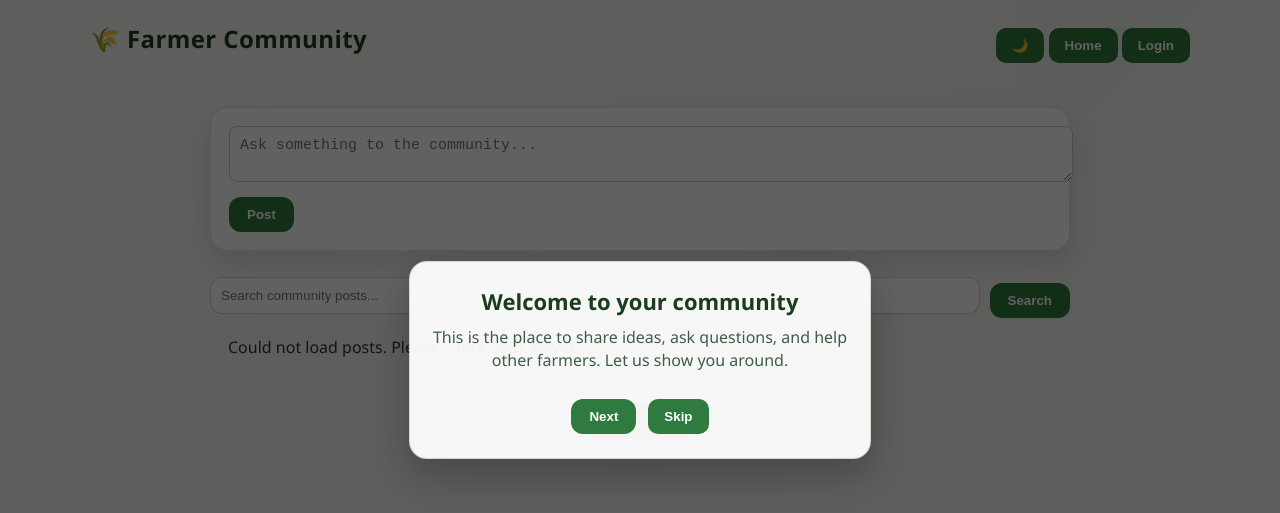
Repository: Desterhub/Agrogyanchatgpt
Page: agrogyan-gpt-main/frontend/community.html
The author's editor kept a copy of each file at every save. The page is drawn from the files as they stood at one save, then again after the next save.
The browser window is 1280 px wide. The pictures show the whole page.
The page's requests for data from a server got no answer.

Above is the page before, as saved 2026-03-12 12:24:53.

### agrogyan-gpt-main/frontend/community.html
<!DOCTYPE html>
<html lang="en">
<head>
    <meta charset="UTF-8">
    <title>Farmer Community</title>
    <link rel="stylesheet" href="style.css">
    <style>
        /* Community page tweaks (extends base styles in style.css) */
        .community-container {
            max-width: 860px;
            margin: 26px auto 64px;
            padding: 0 16px;
        }

        .post-box {
            transition: transform 0.2s ease, box-shadow 0.2s ease;
        }

        .post-box:hover {
            transform: translateY(-2px);
            box-shadow: 0 10px 28px rgba(0, 0, 0, 0.14);
        }

        .post-card {
            background: rgba(255, 255, 255, 0.95);
            padding: 18px;
            border-radius: 18px;
            margin-bottom: 18px;
            box-shadow: 0 10px 26px rgba(0, 0, 0, 0.1);
            border: 1px solid rgba(47, 122, 62, 0.12);
            transition: transform 0.2s ease, box-shadow 0.2s ease, opacity 0.2s ease;
            opacity: 0;
            animation: fadeInUp 0.34s forwards;
        }

        .post-card:hover {
            transform: translateY(-3px);
            box-shadow: 0 14px 34px rgba(0, 0, 0, 0.15);
        }

        .post-header {
            display: flex;
            justify-content: space-between;
            align-items: flex-start;
            gap: 14px;
        }

        .post-meta {
            font-size: 13px;
            color: #536e55;
            white-space: nowrap;
        }

        .post-actions {
            display: flex;
            gap: 10px;
            flex-wrap: wrap;
            margin-top: 16px;
        }

        .post-actions button {
            background: rgba(47, 122, 62, 0.1);
            border: 1px solid rgba(47, 122, 62, 0.25);
            color: #2f7a3e;
            padding: 8px 14px;
            border-radius: 12px;
            cursor: pointer;
            transition: background 0.2s ease, transform 0.2s ease;
        }

        .post-actions button:hover {
            background: rgba(47, 122, 62, 0.18);
            transform: translateY(-1px);
        }

        .comment {
            background: rgba(47, 122, 62, 0.08);
            border: 1px solid rgba(47, 122, 62, 0.12);
            padding: 10px 12px;
            border-radius: 12px;
            margin-top: 10px;
        }

        /* loading skeleton */
        .skeleton {
            position: relative;
            overflow: hidden;
            opacity: 0.9;
        }

        .skeleton::after {
            content: "";
            position: absolute;
            top: 0;
            left: -120%;
            width: 120%;
            height: 100%;
            background: linear-gradient(90deg, transparent, rgba(255, 255, 255, 0.6), transparent);
            animation: shimmer 1.3s infinite;
        }

        .skeleton-line {
            background: rgba(230, 230, 230, 0.9);
            border-radius: 10px;
            height: 14px;
            margin-bottom: 10px;
        }

        .skeleton-title {
            width: 60%;
            height: 18px;
        }

        .skeleton-meta {
            width: 35%;
            height: 12px;
        }

        .skeleton-text {
            width: 100%;
        }

        .skeleton-action {
            width: 52%;
            height: 32px;
        }

        @keyframes shimmer {
            from {
                transform: translateX(-120%);
            }
            to {
                transform: translateX(120%);
            }
        }

        @keyframes fadeInUp {
            from {
                opacity: 0;
                transform: translateY(12px);
            }
            to {
                opacity: 1;
                transform: translateY(0);
            }
        }

        @media (max-width: 640px) {
            .top-bar {
                flex-wrap: wrap;
                gap: 10px;
                justify-content: center;
            }

            .top-actions {
                width: 100%;
                justify-content: center;
            }

            .community-container {
                padding: 0 14px;
            }

            .post-card {
                padding: 14px;
            }

            .post-actions {
                flex-direction: column;
                align-items: stretch;
            }

            .post-actions button {
                width: 100%;
            }
        }
    </style>
</head>

<body>

<header class="top-bar">
    <div class="brand-left">
        🌾 Farmer Community
        <div id="welcomeUser" class="welcome-text"></div>
    </div>

    <div class="top-actions">
        <button id="themeButton" class="nav-btn" onclick="toggleTheme()">🌙</button>
        <button class="nav-btn" onclick="goHome()">Home</button>
        <button id="authButton" class="nav-btn"></button>
    </div>
</header>

<div id="toast" class="toast"></div>

<div id="tourOverlay" class="tour-overlay hidden">
    <div class="tour-card">
        <div class="tour-step" id="tourStep">
            <h3 id="tourTitle">Welcome!</h3>
            <p id="tourText">Let's walk through the community features.</p>
            <div class="tour-buttons">
                <button id="tourNext" class="primary-btn">Next</button>
                <button id="tourSkip" class="nav-btn">Skip</button>
            </div>
        </div>
    </div>
</div>

<main class="community-container">
    <section class="post-box">
        <textarea id="postContent" placeholder="Ask something to the community..."></textarea>
        <button class="primary-btn" onclick="createPost()">Post</button>
    </section>

    <section class="search-bar" style="margin-top: 16px; display: flex; gap: 10px; flex-wrap: wrap; align-items: center;">
        <input id="postSearch" placeholder="Search community posts..." style="flex:1; padding:10px; border-radius:12px; border:1px solid rgba(0,0,0,0.18);" />
        <button class="primary-btn" onclick="searchPosts()">Search</button>
    </section>

    <div id="postsContainer"></div>

    <div id="loadMoreWrapper" style="text-align:center; margin-top: 18px;">
        <button id="loadMoreBtn" class="primary-btn" onclick="loadMorePosts()">Load more</button>
    </div>
</main>

<div class="mobile-actions">
    <button class="nav-btn" onclick="createPost()">+ New post</button>
    <button class="nav-btn" onclick="loadPosts({ reset: true })">↻ Refresh</button>
</div>

<script>
const API = "http://127.0.0.1:8000";
const PAGE_SIZE = 6;

let postOffset = 0;
let currentSearch = "";
let currentUserId = null;

function setTheme(theme) {
    document.body.classList.toggle("dark-mode", theme === "dark");
    localStorage.setItem("theme", theme);
    const themeButton = document.getElementById("themeButton");
    if (themeButton) {
        themeButton.innerText = theme === "dark" ? "☀️" : "🌙";
    }
}

function toggleTheme() {
    const active = document.body.classList.contains("dark-mode") ? "dark" : "light";
    setTheme(active === "dark" ? "light" : "dark");
}

function showToast(message, type = "success", duration = 3200) {
    const toast = document.getElementById("toast");
    if (!toast) return;

    toast.className = `toast show ${type}`;
    toast.innerText = message;

    clearTimeout(toast.dismissId);
    toast.dismissId = setTimeout(() => {
        toast.className = "toast";
    }, duration);
}

const tourSteps = [
    {
        title: "Welcome to your community",
        text: "This is the place to share ideas, ask questions, and help other farmers. Let us show you around.",
        selector: ".community-container",
        position: "bottom"
    },
    {
        title: "Create a post",
        text: "Start a discussion by typing in the box at the top and tapping Post. Your fellow farmers will see it instantly.",
        selector: "#postContent",
        position: "bottom"
    },
    {
        title: "React & reply",
        text: "Use emoji reactions or reply to posts to keep the conversation going. You can even edit or delete your own posts.",
        selector: ".post-actions",
        position: "top"
    },
    {
        title: "Search & explore",
        text: "Use the search box to quickly find posts, and tap Load more to see older discussions.",
        selector: "#postSearch",
        position: "bottom"
    },
];

let tourStepIndex = 0;

function showTourStep(index) {
    const overlay = document.getElementById("tourOverlay");
    const title = document.getElementById("tourTitle");
    const text = document.getElementById("tourText");

    if (!overlay || !title || !text) return;

    const step = tourSteps[index];
    if (!step) {
        endTour();
        return;
    }

    title.innerText = step.title;
    text.innerText = step.text;
    overlay.classList.remove("hidden");
}

function nextTourStep() {
    tourStepIndex += 1;
    if (tourStepIndex >= tourSteps.length) {
        endTour();
        return;
    }
    showTourStep(tourStepIndex);
}

function getTourStorageKey() {
    // Use per-user storage so each new registered user gets the tour.
    return currentUserId ? `communityTourSeen_${currentUserId}` : "communityTourSeen";
}

function endTour() {
    const overlay = document.getElementById("tourOverlay");
    if (overlay) {
        overlay.classList.add("hidden");
    }
    localStorage.setItem(getTourStorageKey(), "1");
}

function maybeStartTour() {
    if (localStorage.getItem(getTourStorageKey())) return;
    tourStepIndex = 0;
    showTourStep(0);
}

function showLoadingSkeleton(count = 3) {
    const container = document.getElementById("postsContainer");
    container.innerHTML = "";

    for (let i = 0; i < count; i++) {
        const card = document.createElement("div");
        card.className = "post-card skeleton";
        card.innerHTML = `
            <div class="skeleton-line skeleton-title"></div>
            <div class="skeleton-line skeleton-meta"></div>
            <div class="skeleton-line skeleton-text"></div>
            <div class="skeleton-line skeleton-text"></div>
            <div class="skeleton-line skeleton-action"></div>
        `;
        container.appendChild(card);
    }
}

function scrollToLatestPost() {
    const container = document.getElementById("postsContainer");
    const last = container.lastElementChild;
    if (last) {
        last.scrollIntoView({ behavior: "smooth", block: "start" });
    }
}

async function createPost() {
    const content = document.getElementById("postContent").value.trim();
    if (!content) {
        alert("Write something first");
        return;
    }

    try {
        await fetch(API + "/community/create-post", {
            method: "POST",
            headers: { "Content-Type": "application/json" },
            body: JSON.stringify({ content, user_id: currentUserId || 1 })
        });
        document.getElementById("postContent").value = "";
        await loadPosts({ reset: true });
        scrollToLatestPost();
        showToast("Posted! Your post is now live.");
    } catch (err) {
        showToast("Unable to post. Check your backend.", "error");
        console.error("createPost error", err);
    }
}

async function loadPosts({ reset = true } = {}) {
    if (reset) {
        postOffset = 0;
    }

    const container = document.getElementById("postsContainer");

    if (reset) {
        container.innerHTML = "";
    }

    showLoadingSkeleton();

    const params = new URLSearchParams({
        limit: PAGE_SIZE.toString(),
        offset: postOffset.toString()
    });
    if (currentSearch) {
        params.set("search", currentSearch);
    }

    let posts = [];
    try {
        const res = await fetch(API + "/community/posts?" + params.toString());
        posts = await res.json();
    } catch (err) {
        showToast("Unable to load posts. Is the backend running?", "error");
        console.error("loadPosts error", err);
        container.innerHTML = "<div style='padding: 18px; color:#333;'>Could not load posts. Please check your server.</div>";
        return;
    }

    if (reset) {
        container.innerHTML = "";
    }

    if (reset && posts.length === 0) {
        showToast("No posts yet — be the first to share!", "error");
    }

    for (const post of posts) {
        const commentRes = await fetch(API + "/community/comments/" + post.id);
        const comments = await commentRes.json();

        const postDiv = document.createElement("div");
        postDiv.className = "post-card";

        const reactionButtons = ["❤️", "😂", "😮", "😢", "😡"].map((emoji) => {
            const count = (post.reactions && post.reactions[emoji]) || 0;
            return `<button onclick="addReaction(${post.id}, '${emoji}')">${emoji} ${count}</button>`;
        }).join("");

        const isOwner = post.user_id && currentUserId && String(post.user_id) === String(currentUserId);
        const ownerActions = isOwner ? `
            <button onclick="editPost(${post.id})">✏️</button>
            <button onclick="deletePost(${post.id})">🗑️</button>
        ` : "";

        postDiv.innerHTML = `
            <div class="post-header">
                <div>
                    <div class="post-content" id="post-content-${post.id}">${post.content}</div>
                    <div class="post-meta">Posted by <strong>${post.user_name || "Anonymous"}</strong> • ${new Date(post.timestamp).toLocaleString()}</div>
                </div>
            </div>

            <div class="post-actions">
                <button onclick="likePost(${post.id})">👍 ${post.likes || 0}</button>
                <button onclick="dislikePost(${post.id})">👎 ${post.dislikes || 0}</button>
                ${reactionButtons}
                ${ownerActions}
            </div>

            <div class="comment" style="margin-top: 14px;">
                <input type="text" id="comment-${post.id}" placeholder="Write reply" />
                <button class="primary-btn" style="margin-top: 10px;" onclick="addComment(${post.id})">Reply</button>
            </div>

            <div id="comments-${post.id}">
                ${comments.map(c => `<div class="comment"><strong>${c.user_name || 'Guest'}:</strong> ${c.text}</div>`).join("")}
            </div>
        `;

        container.appendChild(postDiv);
    }

    const loadMoreBtn = document.getElementById("loadMoreBtn");
    if (loadMoreBtn) {
        loadMoreBtn.style.display = posts.length < PAGE_SIZE ? "none" : "inline-block";
    }
}

async function loadMorePosts() {
    postOffset += PAGE_SIZE;
    await loadPosts({ reset: false });
}

async function searchPosts() {
    currentSearch = document.getElementById("postSearch").value.trim();
    await loadPosts({ reset: true });
}

async function addReaction(postId, emoji) {
    try {
        await fetch(API + "/community/react", {
            method: "POST",
            headers: { "Content-Type": "application/json" },
            body: JSON.stringify({ post_id: postId, emoji })
        });

        showToast(`Reacted with ${emoji}`);
        loadPosts({ reset: false });
    } catch (err) {
        showToast("Unable to react. Check your backend.", "error");
        console.error("addReaction error", err);
    }
}

async function likePost(id) {
    try {
        await fetch(API + "/community/like/" + id, { method: "POST" });
        showToast("Liked 👍");
        loadPosts({ reset: false });
    } catch (err) {
        showToast("Unable to like. Check your backend.", "error");
        console.error("likePost error", err);
    }
}

async function dislikePost(id) {
    try {
        await fetch(API + "/community/dislike/" + id, { method: "POST" });
        showToast("Disliked 👎", "error");
        loadPosts({ reset: false });
    } catch (err) {
        showToast("Unable to dislike. Check your backend.", "error");
        console.error("dislikePost error", err);
    }
}

async function addComment(id) {
    const text = document.getElementById("comment-" + id).value.trim();
    if (!text) return;

    try {
        await fetch(API + "/community/comment", {
            method: "POST",
            headers: { "Content-Type": "application/json" },
            body: JSON.stringify({ post_id: id, user_id: currentUserId || 1, text })
        });

        showToast("Replied to the post.");
        loadPosts({ reset: false });
        scrollToLatestPost();
    } catch (err) {
        showToast("Unable to add comment. Check your backend.", "error");
        console.error("addComment error", err);
    }
}

async function editPost(postId) {
    const current = document.getElementById(`post-content-${postId}`)?.innerText || "";
    const updated = prompt("Edit your post:", current);
    if (updated === null || updated.trim() === "") return;

    await fetch(API + "/community/post", {
        method: "PUT",
        headers: { "Content-Type": "application/json" },
        body: JSON.stringify({ post_id: postId, user_id: currentUserId, content: updated })
    });

    loadPosts({ reset: true });
    showToast("Post updated!");
}

async function deletePost(postId) {
    if (!confirm("Delete this post?")) return;

    await fetch(API + "/community/post", {
        method: "DELETE",
        headers: { "Content-Type": "application/json" },
        body: JSON.stringify({ post_id: postId, user_id: currentUserId })
    });

    loadPosts({ reset: true });
    showToast("Post removed.", "error");
}

function updateAuthButtons() {
    const user = localStorage.getItem("user");
    currentUserId = parseInt(localStorage.getItem("userId"), 10) || null;

    const authButton = document.getElementById("authButton");
    const welcomeUser = document.getElementById("welcomeUser");

    if (user) {
        welcomeUser.innerText = "Hi " + user;
        authButton.innerText = "Logout";
        authButton.onclick = () => {
            localStorage.removeItem("user");
            localStorage.removeItem("userId");
            window.location.href = "login.html";
        };
    } else {
        welcomeUser.innerText = "";
        authButton.innerText = "Login";
        authButton.onclick = () => {
            window.location.href = "login.html";
        };
    }
}

function goHome() {
    window.location.href = "index.html";
}

// Initialize page
setTheme(localStorage.getItem("theme") || "light");
updateAuthButtons();
loadPosts({ reset: true }).then(() => maybeStartTour());

const tourNextBtn = document.getElementById("tourNext");
const tourSkipBtn = document.getElementById("tourSkip");
if (tourNextBtn) tourNextBtn.addEventListener("click", nextTourStep);
if (tourSkipBtn) tourSkipBtn.addEventListener("click", endTour);
</script>

</body>
</html>

Loaded but not shown: agrogyan-gpt-main/frontend/style.css (579 lines, source omitted)

After the next save:
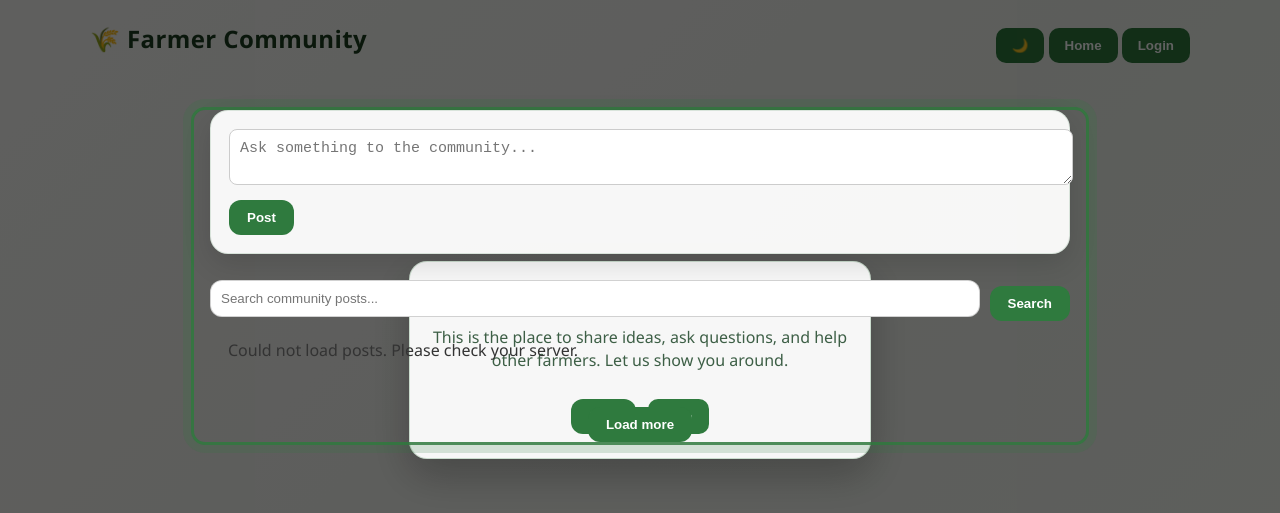
Saved 13 s later.
--- a/agrogyan-gpt-main/frontend/community.html
+++ b/agrogyan-gpt-main/frontend/community.html
@@ -294,6 +294,13 @@ const tourSteps = [
 
 let tourStepIndex = 0;
 
+function clearTourHighlights() {
+    document.querySelectorAll(".tour-highlight").forEach((el) => {
+        el.classList.remove("tour-highlight");
+        el.removeAttribute("data-position");
+    });
+}
+
 function showTourStep(index) {
     const overlay = document.getElementById("tourOverlay");
     const title = document.getElementById("tourTitle");
@@ -310,6 +317,19 @@ function showTourStep(index) {
     title.innerText = step.title;
     text.innerText = step.text;
     overlay.classList.remove("hidden");
+
+    clearTourHighlights();
+
+    if (step.selector) {
+        const target = document.querySelector(step.selector);
+        if (target) {
+            target.classList.add("tour-highlight");
+            if (step.position) {
+                target.setAttribute("data-position", step.position);
+            }
+            target.scrollIntoView({ behavior: "smooth", block: "center" });
+        }
+    }
 }
 
 function nextTourStep() {
